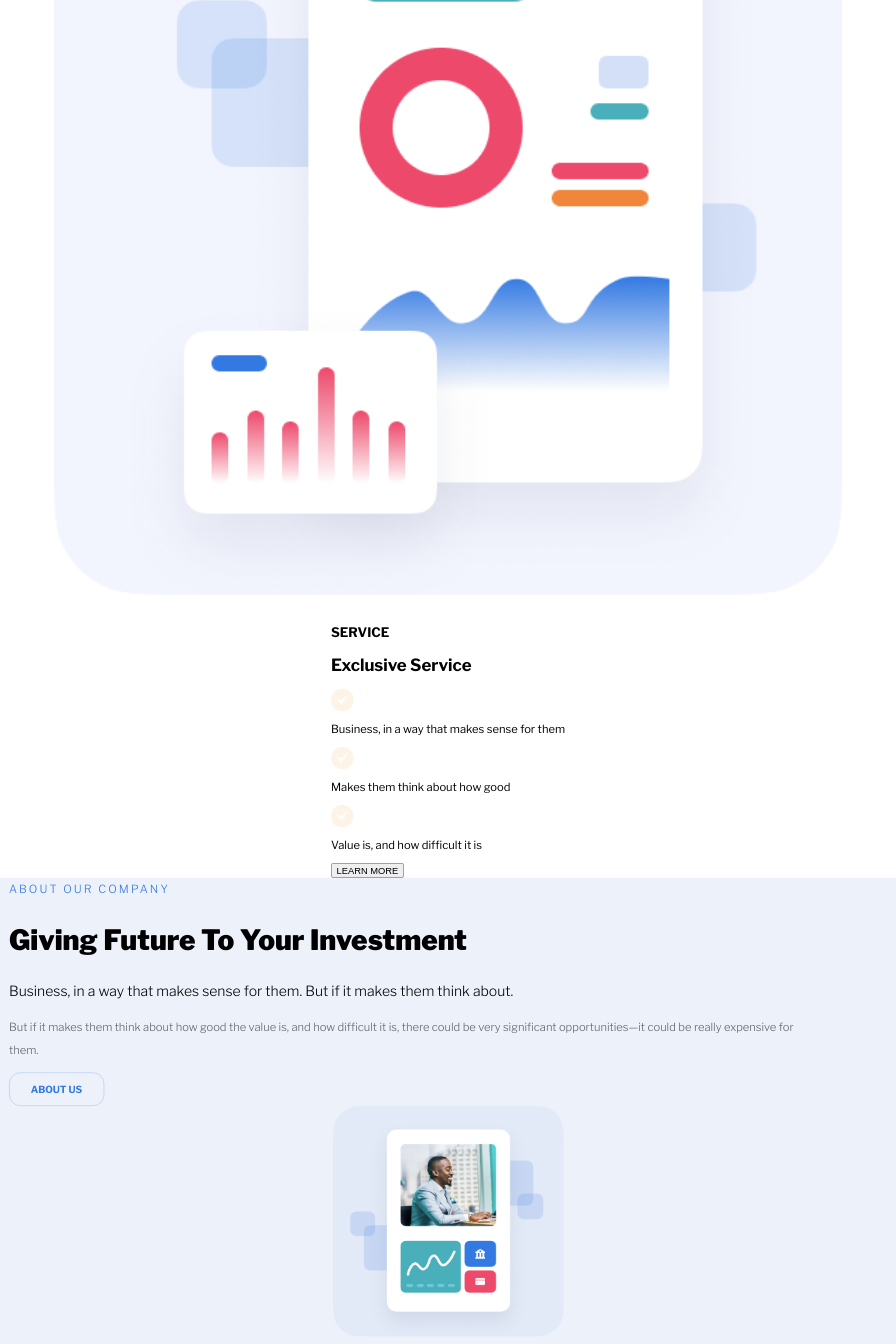
Repository: adryelfelipe/frontend-prova
Page: prova-figma/Prova/index.html
An editor plug-in stored every save of this project. The page is shown before and after the next save, followed by the edit.
The browser window is 1280 px wide. The pictures show the part of the page from y = 1920 to 3840 px (the page is 3840 px tall), at 70% of full size.

Above is the page before, as saved 2026-06-22 19:13:16.

After the next save:
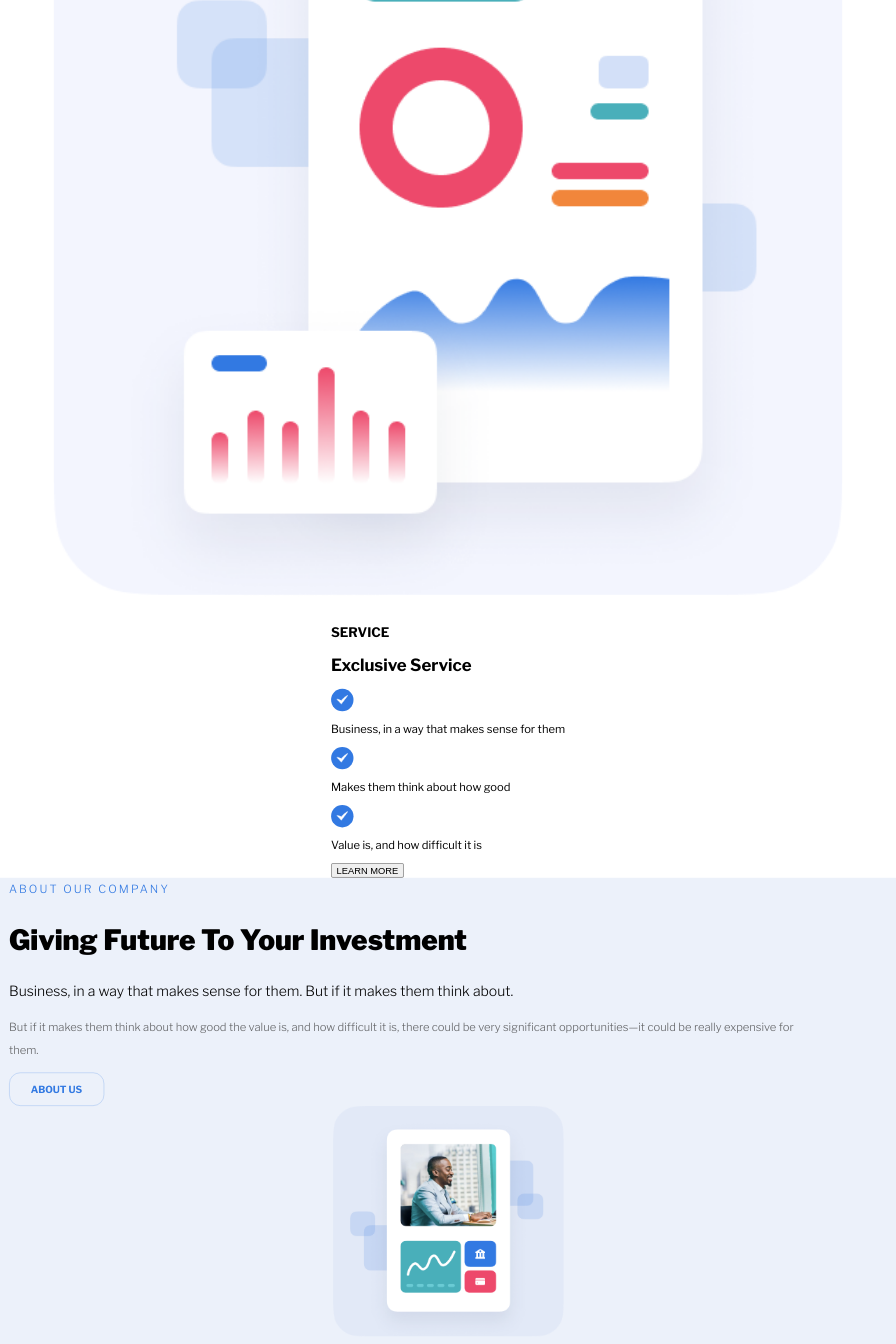
Saved 4 s later.
--- a/prova-figma/Prova/style/style.css
+++ b/prova-figma/Prova/style/style.css
@@ -166,7 +166,7 @@ header h2 {
     border-radius: 100px;
     width: 2rem;
     height: 2rem;
-    background-color: var(--bg-icon-rocket)
+    background-color: var(--bg-icon-correct)
 }
 
 .icon-correct {
